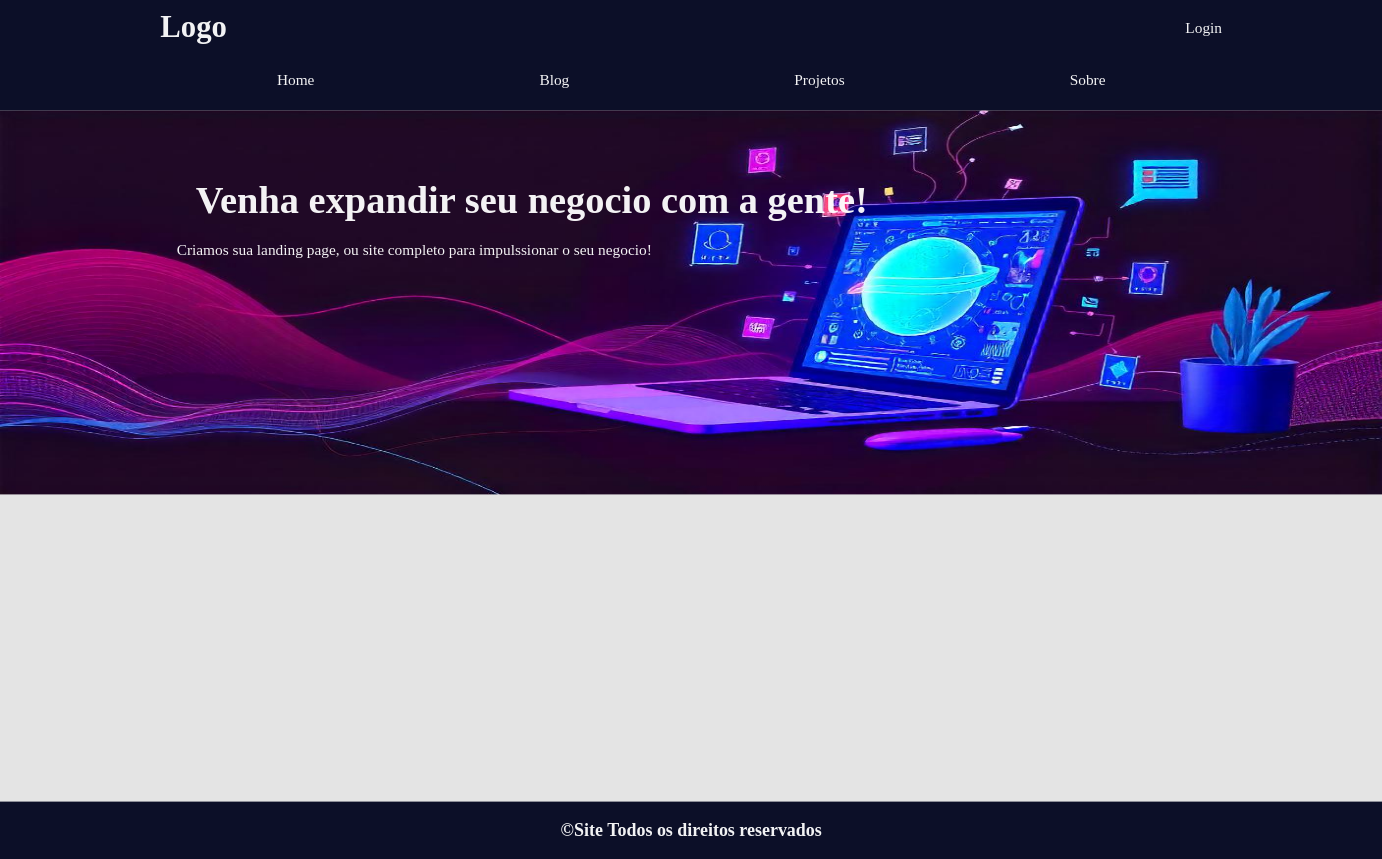
Repository: SauloMorais01/mysitefront-end
Page: index.html
An editor plug-in stored every save of this project. The page is shown before and after the next save, followed by the edit.
The browser window is 1440 px wide. The pictures show the whole page, at 96% of full size.

Above is the page before, as saved 2024-11-01 22:03:57.

After the next save:
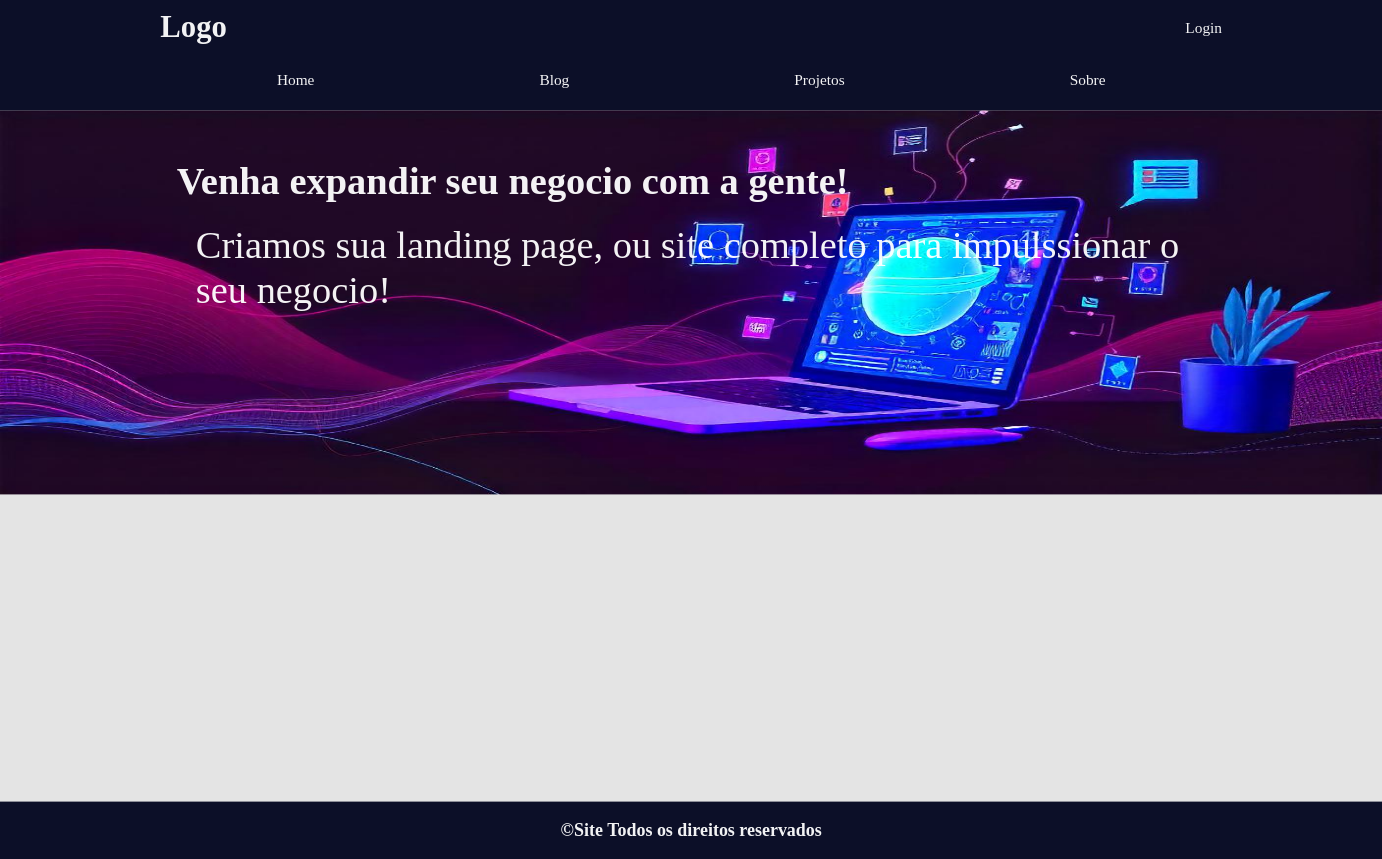
Saved 42 s later.
--- a/src/css/style.css
+++ b/src/css/style.css
@@ -470,7 +470,7 @@ footer h3 {
         font-size: 2.5rem;
     }
 
-    .info-top h1 {
+    .info-top p {
         margin: 20px;
         font-size: 2.5rem;
     }
